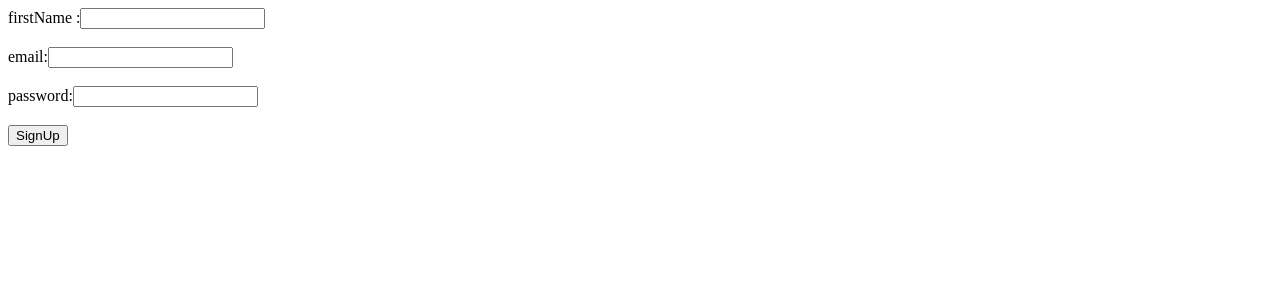
Repository: yogendra-dashore/java-ism
Page: CrudJee/src/main/webapp/SignUp.html
The author's editor kept a copy of each file at every save. The page is drawn from the files as they stood at one save, then again after the next save.
The browser window is 1280 px wide. The pictures show the whole page.

Above is the page before, as saved 2023-04-03 17:43:14.

### CrudJee/src/main/webapp/SignUp.html
<!DOCTYPE html>
<html>
<head>
<meta charset="UTF-8">
<title>Insert title here</title>
</head>
<body>
<form action="SignUpController" method="post">
		firstName :<input type="text" name="firstName"  /><br><br>
		email:<input type="text" name="email"/><br><br>
		password:<input type="text" name="password"/><br><br>
		 <input type="submit" value="SignUp" />
	</form>

</body>
</html>

After the next save:
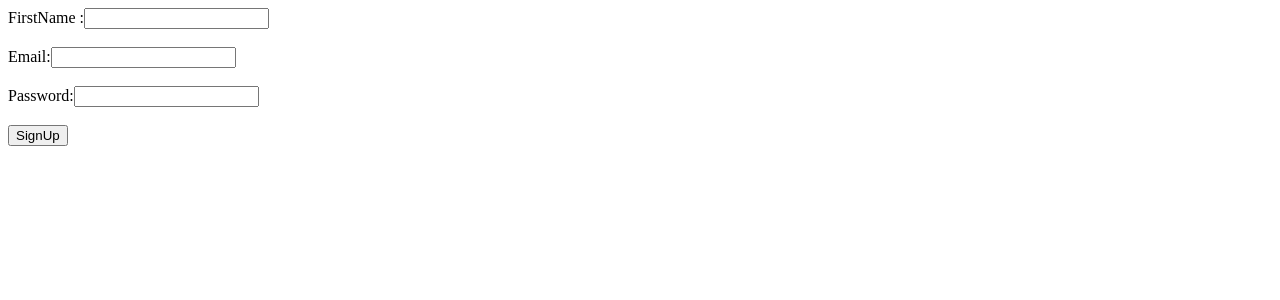
Saved 37 s later.
--- a/CrudJee/src/main/webapp/SignUp.html
+++ b/CrudJee/src/main/webapp/SignUp.html
@@ -6,9 +6,9 @@
 </head>
 <body>
 <form action="SignUpController" method="post">
-		firstName :<input type="text" name="firstName"  /><br><br>
-		email:<input type="text" name="email"/><br><br>
-		password:<input type="text" name="password"/><br><br>
+		FirstName :<input type="text" name="firstName"  /><br><br>
+		Email:<input type="text" name="email"/><br><br>
+		Password:<input type="text" name="password"/><br><br>
 		 <input type="submit" value="SignUp" />
 	</form>
 
